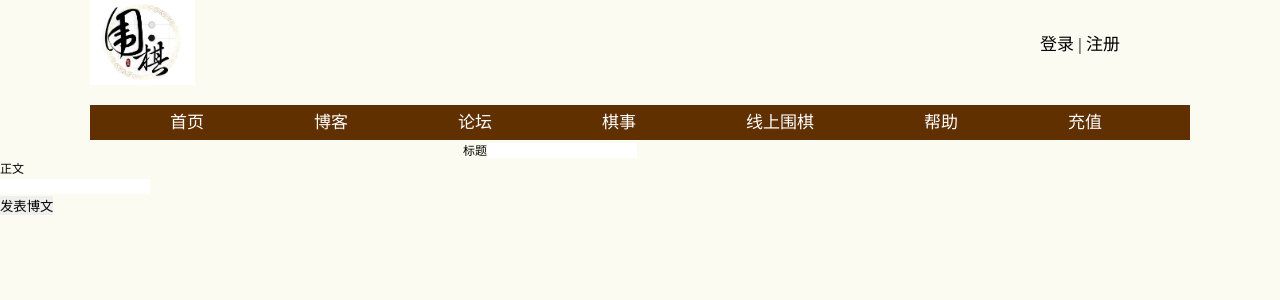
Repository: yxh0/Go
Page: http://localhost/keshe/keshe/blog_post.jsp
The author's editor kept a copy of each file at every save. The page is drawn from the files as they stood at one save, then again after the next save.
The browser window is 1280 px wide. The pictures show the whole page.
The page is served by Tomcat 9. Other server files are loaded and not shown.

Above is the page before, as saved 2020-06-11 04:03:36.

### SoftwareProjectGo/keshe/WebContent/keshe/blog_post.jsp
<%@ page language="java" contentType="text/html; charset=UTF-8"
    pageEncoding="UTF-8"%>
<%@ page import="java.sql.*" %>
<!DOCTYPE html>
<html>
<head>
<meta charset="UTF-8">
<title>博客页面</title>
<link rel="stylesheet" href="css/init.css">
<link rel="stylesheet" href="css/public.css">
<link rel="stylesheet" href="css/blog_post.css">
</head>
<body>
	<div class="header w">
		<div class="logo">
			<img src="images/logo.jpg" alt="" />
		</div>
		<div class="login">
			<ul>
				<li>
					<a href="login.jsp">登录</a> |
					<a href="register.jsp">注册</a>
				</li>
			</ul>
		</div>
	</div>
	<!-- 导航栏 -->
	<div class="nav w">
		<div class="container">
			<ul class="left">
		    	<li><a href="index.jsp" >首页</a></li>
		    	<li><a href="blog.jsp" >博客</a></li>
		    	<li><a href="luntan.jsp" >论坛</a></li>
		    	<li><a href="qishi.jsp" >棋事</a></li>
		    	<li><a href="xianshangweiqi.jsp" >线上围棋</a></li>
		    	<li><a href="bangzhu.jsp" >帮助</a></li>
		    	<li><a href="chongzhi.jsp" >充值</a></li>
			</ul>
  		</div>
	</div>
	<div class="blogg">
		<div class="border w"></div>
		<form action="insertServlet?dataBase=weiqiluntan&tableName=chess_user" name="register" method="post">
			<center>
				标题<input name="blog_title" type="text" type="password" class="code"><br>
			</center>
				正文<br><input name="blog_text" type="text" placeholder="" class="code"><br>
				<input type="submit" value="发表博文" class="now-register">
         </form>
	</div>
</body>
</html>

### SoftwareProjectGo/keshe/WebContent/keshe/css/init.css
@charset "UTF-8";
/* 基础的初始化 */
* {
    margin: 0;
    padding: 0;
    box-sizing: border-box;
}
/* em 和 i 斜体的文字不倾斜 */
em,
i {
    font-style: normal
}

li {
    list-style: none
}

img {
    border: 0;
    vertical-align: middle
}

button {
    cursor: pointer
}

a {
    text-decoration: none
}

button,
input {
    font-family: Microsoft YaHei, Heiti SC, tahoma, arial, Hiragino Sans GB, "\5B8B\4F53", sans-serif;
    /* 默认有灰色边框我们需要手动去掉 */
    border: 0;
    outline: none;
}

body {
    -webkit-font-smoothing: antialiased;
    background-color: #fff;
    font: 12px/1.5 Microsoft YaHei, Heiti SC, tahoma, arial, Hiragino Sans GB, "\5B8B\4F53", sans-serif;
    color: black;
}

.hide,
.none {
    display: none
}
/* 清除浮动 */
.clearfix:after {
    visibility: hidden;
    clear: both;
    display: block;
    content: ".";
    height: 0
}

.clearfix {
    *zoom: 1
}

### SoftwareProjectGo/keshe/WebContent/keshe/css/public.css
@charset "UTF-8";
/* 版心 */
body {
	background-color: #fcfbf1;
}
.w {
    width: 1100px;
    margin: 0 auto;
}
.nav {
    height: 35px;
    background-color: #603000;
    line-height: 35px;
}
.nav ul li{
	float: left;
}
.nav li a{
	color: white;
	font-size: 17px;
	border-right: 20px;
	padding: 20px 30px;
	margin-left: 50px;
}
.nav li a:hover{
	color: yellow;
}
.header {
    position: relative;
    height: 105px;
}
.logo {
	position: absolute;
	width: 105px;
	height: 85px;
}
.logo img {
	width: 100%;
	height: 100%;
}
.login {
	margin-left: 950px;
	margin-top: 30px;
	position: absolute;
	font: 17px Microsoft YaHei;
	text-align: center;
}
.login li a{
	color: black;
}
.login li a:hover {
	color: #ebc21f;
}
.footer p {
    width: 250px;
    font-size: 20px;
    color: #7B7B7B;
    margin: 60px auto;
}

### SoftwareProjectGo/keshe/WebContent/keshe/css/blog_post.css
@charset "UTF-8";
.big {
	margin-top: 20px;
}
.self {
	float: left;
	margin-right: 30px;
}
.big .self h4,
.big .blogg h4 {
	width: 250px;
	border-bottom: solid 1px #603000;
	margin-bottom: 15px;
	font-size: 15px;
	weight: 500;
	color: #8f6a40;
}
.big .self button {
	width: 120px;
    height: 30px;
    margin: 10px 65px;
    border: 1px solid #E2E2E2;
    text-align: center;
    line-height: 30px;
    font-size: 15px;
    color: #000;
    background: #ededf1;
}
.big .self .info {
	margin-top: 15px;
	margin-left: 75px;
}
.big .self .info p{
	font-size: 14px;
	weight: 500;
	color: #909090;
}
.blogg {
	float: left;
}
.big .blogg h4,
.big .blogg .cont {
	width: 820px;
}
.big .blogg .cont h2 {
	margin: 5px;
}
.big .blogg .cont a {
	color: #000;
}
.big .blogg .cont a:hover {
	color: #ebc21f;
}
.big .blogg .cont p {
	margin-bottom: 35px;
	color: #8a8a8a;
}
.big .blogg .cont .people {
	font-size: 13px;
}

After the next save:
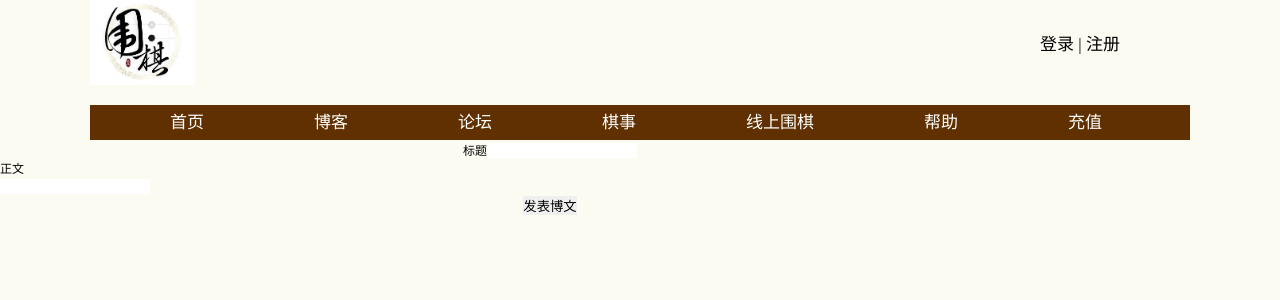
Saved 45 s later.
--- a/SoftwareProjectGo/keshe/WebContent/keshe/blog_post.jsp
+++ b/SoftwareProjectGo/keshe/WebContent/keshe/blog_post.jsp
@@ -41,11 +41,9 @@
 	<div class="blogg">
 		<div class="border w"></div>
 		<form action="insertServlet?dataBase=weiqiluntan&tableName=chess_user" name="register" method="post">
-			<center>
-				标题<input name="blog_title" type="text" type="password" class="code"><br>
-			</center>
+			<center>标题<input name="blog_title" type="text" type="password" class="code"><br></center>
 				正文<br><input name="blog_text" type="text" placeholder="" class="code"><br>
-				<input type="submit" value="发表博文" class="now-register">
+			<center><input type="submit" value="发表博文" class="now-register"></center>
          </form>
 	</div>
 </body>
